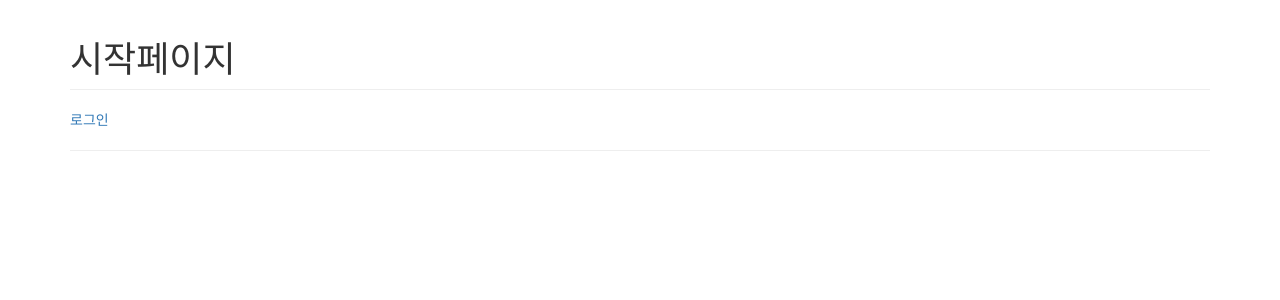
Repository: kimgyuseok/Server
Page: http://localhost/JSPTest/atuh/index.jsp
An editor plug-in stored every save of this project. The page is shown before and after the next save, followed by the edit.
The browser window is 1280 px wide. The pictures show the whole page.
The page is served by Tomcat 9.

Above is the page before, as saved 2022-01-11 01:20:40.

### JSPTest/src/main/webapp/atuh/index.jsp
<%@ page language="java" contentType="text/html; charset=UTF-8"
    pageEncoding="UTF-8"%>
<!DOCTYPE html>
<html>
<head>
<meta charset="UTF-8">
<title>Insert title here</title>
<%@ include file="/inc/asset.jsp" %>
<style>

</style>
</head>
<body>

	<!-- index.jsp -->

	<div class="container">
		<h1 class="page-header">시작페이지<small></small></h1>

		<% if(session.getAttribute("id")==null){%>
		<a href="login.jsp">로그인</a>
		<%} else{ %>
		<a href="logout.jsp">로그아웃</a>
		<hr>
		<div class="well well-sm">
			<div>아이디: <%=session.getAttribute("id") %></div>
			<div>이름: <%=session.getAttribute("name") %></div>
			<div>등급: <%=session.getAttribute("lv").equals("1")? "관리자":"일반회원" %></div>
		</div>

		<%} %>

		<hr>

		<%if(session.getAttribute("id")!=null){ %>
		<a href="member.jsp">회원 전용 페이지</a>
		<%} %>
	</div>
<script>

</script>
</body>
</html>

### JSPTest/src/main/webapp/inc/asset.jsp
<%@ page language="java" contentType="text/html; charset=UTF-8"
    pageEncoding="UTF-8"%>
<!-- asset.jsp -->

<%
	String root = request.getContextPath();
%>

<link rel="stylesheet" href="<%= root %>/asset/css/bootstrap.css">

<script src="<%= root %>/asset/js/jquery-1.12.4.js"></script>
<script src="<%= root %>/asset/js/bootstrap.js"></script>
<script src="<%= root %>/asset/js/cookie.js"></script>

### JSPTest/src/main/webapp/asset/js/cookie.js
//weapp > asset > js > cookie.js

function setCookie(cname, cvalue, exdays) {
  const d = new Date();
  d.setTime(d.getTime() + (exdays * 24 * 60 * 60 * 1000));
  let expires = "expires="+d.toUTCString();
  document.cookie = cname + "=" + cvalue + ";" + expires + ";path=/";
}

function getCookie(cname) {
  let name = cname + "=";
  let ca = document.cookie.split(';');
  for(let i = 0; i < ca.length; i++) {
    let c = ca[i];
    while (c.charAt(0) == ' ') {
      c = c.substring(1);
    }
    if (c.indexOf(name) == 0) {
      return c.substring(name.length, c.length);
    }
  }
  return "";
}

Loaded but not shown: JSPTest/src/main/webapp/asset/css/bootstrap.css (library); JSPTest/src/main/webapp/asset/js/jquery-1.12.4.js (library); JSPTest/src/main/webapp/asset/js/bootstrap.js (library)

After the next save:
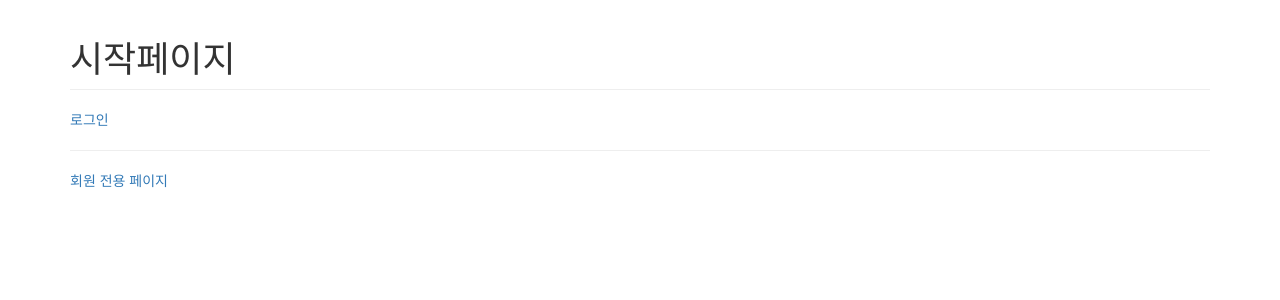
Saved 112 s later.
--- a/JSPTest/src/main/webapp/atuh/index.jsp
+++ b/JSPTest/src/main/webapp/atuh/index.jsp
@@ -34,6 +34,8 @@
 
 		<%if(session.getAttribute("id")!=null){ %>
 		<a href="member.jsp">회원 전용 페이지</a>
+		<%} else{ %>
+		<a href="#!" onclick="alert('회원 전용입니다. 로그인하세요.')">회원 전용 페이지</a>
 		<%} %>
 	</div>
 <script>
